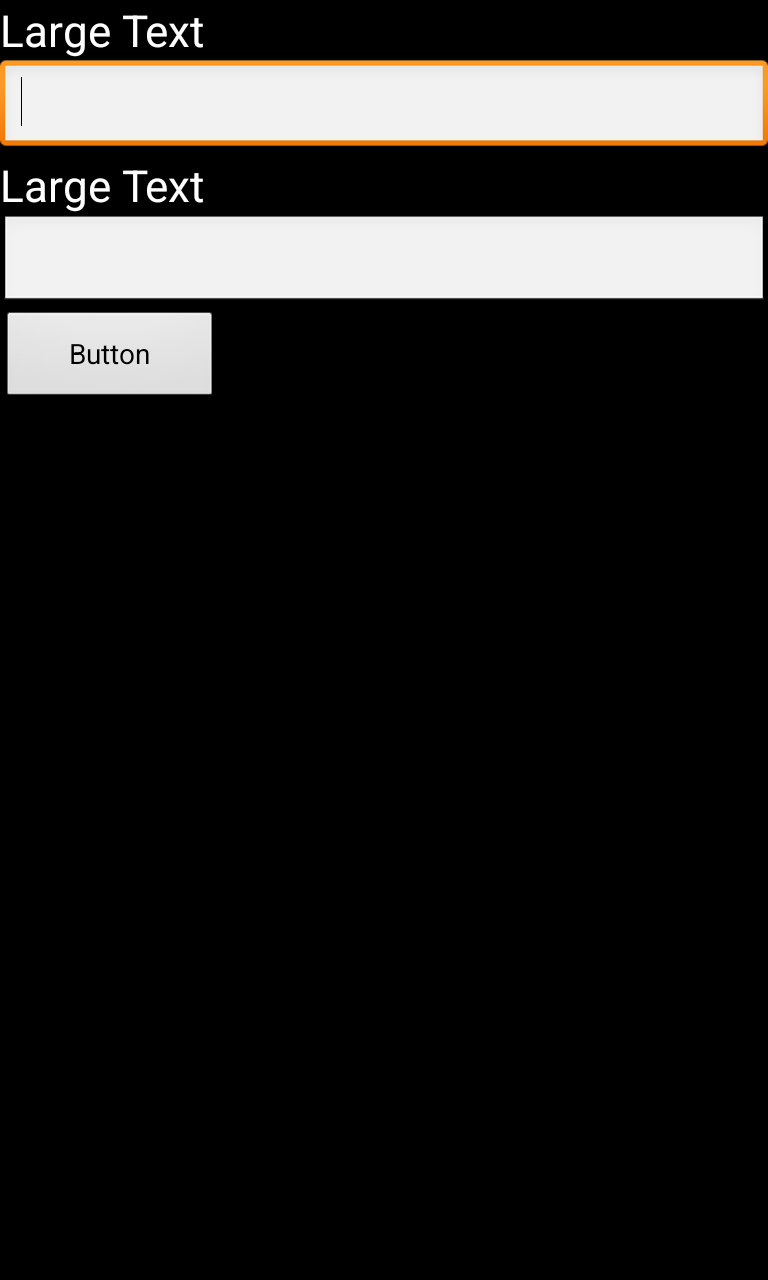
Repository: carlodeguzman5/CS123Project
Layout: Android/GreenPigsApplication/res/layout/activity_main.xml
An editor plug-in stored every save of this project. The layout is shown before and after the next save, followed by the edit.
It is drawn on a 768 x 1280 px phone screen (xhdpi) without system bars, with theme android:Theme.NoTitleBar; the app's code is not run.

Above is the layout before, as saved 2014-09-30 15:09:57.

### Android/GreenPigsApplication/res/layout/activity_main.xml
<RelativeLayout xmlns:android="http://schemas.android.com/apk/res/android"
    xmlns:tools="http://schemas.android.com/tools"
    android:id="@+id/container"
    android:layout_width="match_parent"
    android:layout_height="match_parent"
    android:orientation="vertical"
    tools:context="com.ateneo.greenpigsapplication.MainActivity"
    tools:ignore="MergeRootFrame" >

    <TextView
        android:id="@+id/textView1"
        android:layout_width="wrap_content"
        android:layout_height="wrap_content"
        android:layout_alignParentLeft="true"
        android:layout_alignParentTop="true"
        android:text="Large Text"
        android:textAppearance="?android:attr/textAppearanceLarge" />

    <EditText
        android:id="@+id/editText1"
        android:layout_width="match_parent"
        android:layout_height="wrap_content"
        android:layout_alignParentLeft="true"
        android:layout_below="@+id/textView1"
        android:ems="10" >

        <requestFocus />
    </EditText>

    <TextView
        android:id="@+id/textView2"
        android:layout_width="wrap_content"
        android:layout_height="wrap_content"
        android:layout_alignParentLeft="true"
        android:layout_below="@+id/editText1"
        android:text="Large Text"
        android:textAppearance="?android:attr/textAppearanceLarge" />

    <EditText
        android:id="@+id/editText2"
        android:layout_width="match_parent"
        android:layout_height="wrap_content"
        android:layout_alignParentLeft="true"
        android:layout_below="@+id/textView2"
        android:ems="10"
        android:inputType="textPassword" />

    <Button
        android:id="@+id/button1"
        android:layout_width="110dp"
        android:layout_height="wrap_content"
        android:layout_alignParentLeft="true"
        android:layout_below="@+id/editText2"
        android:text="Button"
        android:layout_gravity="center_horizontal"
        />

</RelativeLayout>

After the next save:
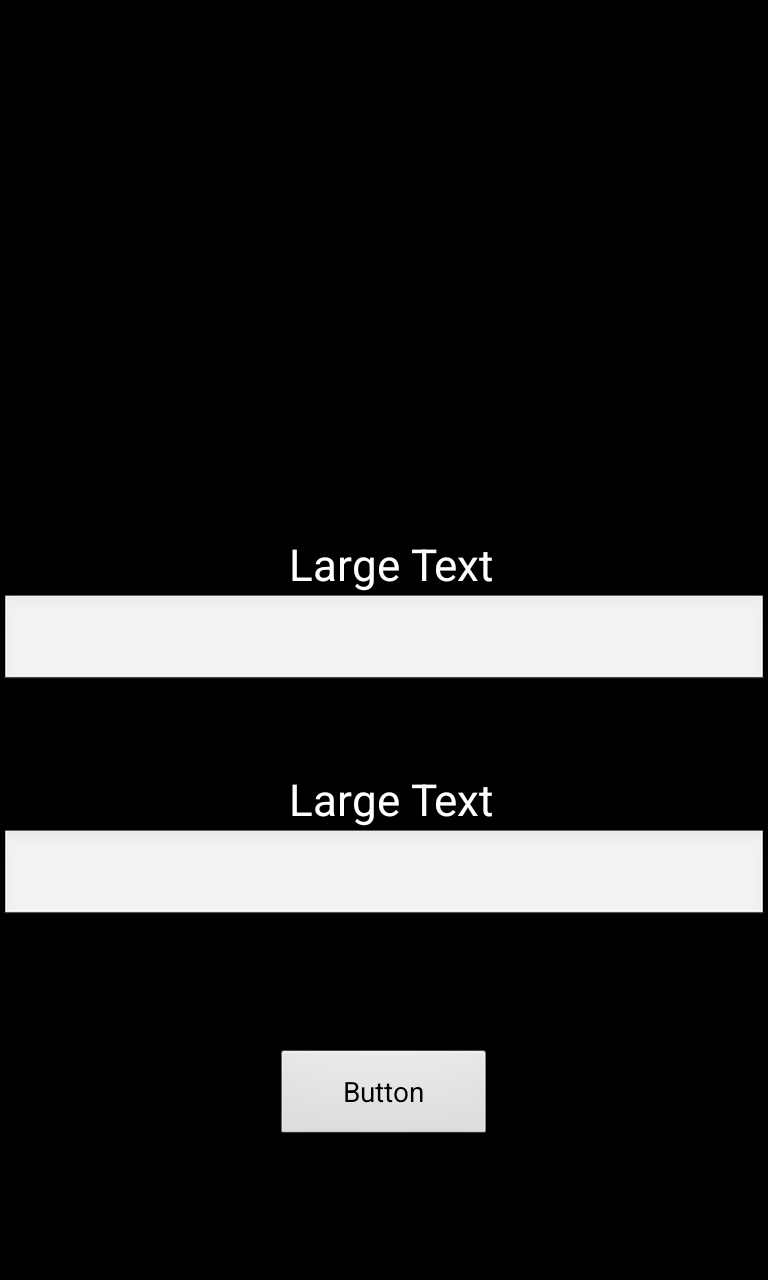
Saved 2 min 8 s later.
--- a/Android/GreenPigsApplication/res/layout/activity_main.xml
+++ b/Android/GreenPigsApplication/res/layout/activity_main.xml
@@ -11,8 +11,17 @@
         android:id="@+id/textView1"
         android:layout_width="wrap_content"
         android:layout_height="wrap_content"
-        android:layout_alignParentLeft="true"
-        android:layout_alignParentTop="true"
+        android:layout_above="@+id/editText1"
+        android:layout_alignLeft="@+id/textView2"
+        android:text="Large Text"
+        android:textAppearance="?android:attr/textAppearanceLarge" />
+
+    <TextView
+        android:id="@+id/textView2"
+        android:layout_width="wrap_content"
+        android:layout_height="wrap_content"
+        android:layout_above="@+id/editText2"
+        android:layout_alignRight="@+id/button1"
         android:text="Large Text"
         android:textAppearance="?android:attr/textAppearanceLarge" />
 
@@ -20,39 +29,28 @@
         android:id="@+id/editText1"
         android:layout_width="match_parent"
         android:layout_height="wrap_content"
+        android:layout_above="@+id/textView2"
         android:layout_alignParentLeft="true"
-        android:layout_below="@+id/textView1"
-        android:ems="10" >
+        android:layout_marginBottom="40dp"
+        android:ems="10" />
 
-        <requestFocus />
-    </EditText>
-
-    <TextView
-        android:id="@+id/textView2"
-        android:layout_width="wrap_content"
+    <Button
+        android:id="@+id/button1"
+        android:layout_width="110dp"
         android:layout_height="wrap_content"
-        android:layout_alignParentLeft="true"
-        android:layout_below="@+id/editText1"
-        android:text="Large Text"
-        android:textAppearance="?android:attr/textAppearanceLarge" />
+        android:layout_alignParentBottom="true"
+        android:layout_centerHorizontal="true"
+        android:layout_marginBottom="68dp"
+        android:text="Button" />
 
     <EditText
         android:id="@+id/editText2"
         android:layout_width="match_parent"
         android:layout_height="wrap_content"
+        android:layout_above="@+id/button1"
         android:layout_alignParentLeft="true"
-        android:layout_below="@+id/textView2"
+        android:layout_marginBottom="62dp"
         android:ems="10"
         android:inputType="textPassword" />
 
-    <Button
-        android:id="@+id/button1"
-        android:layout_width="110dp"
-        android:layout_height="wrap_content"
-        android:layout_alignParentLeft="true"
-        android:layout_below="@+id/editText2"
-        android:text="Button"
-        android:layout_gravity="center_horizontal"
-        />
-
 </RelativeLayout>
